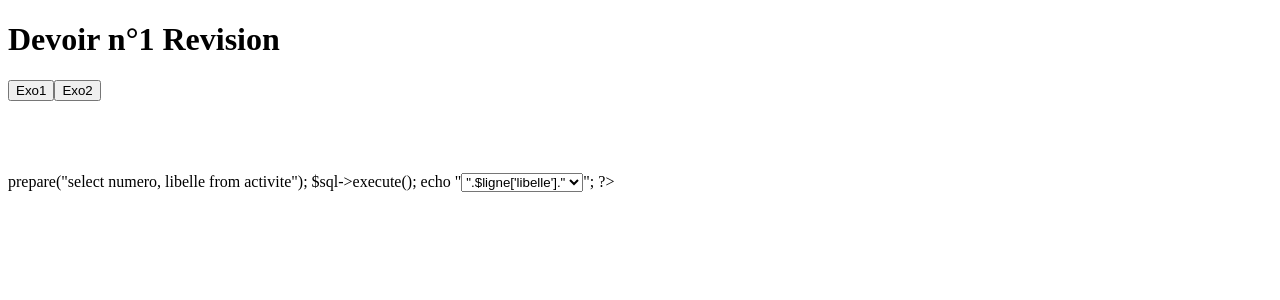
Repository: Chebani/Devoir-n1
Page: index.html
The author's editor kept a copy of each file at every save. The page is drawn from the files as they stood at one save, then again after the next save.
The browser window is 1280 px wide. The pictures show the whole page.
After loading, the first visible `#btnExo1` was clicked once.

Above is the page before, as saved 2018-09-20 16:16:11.

After the next save:
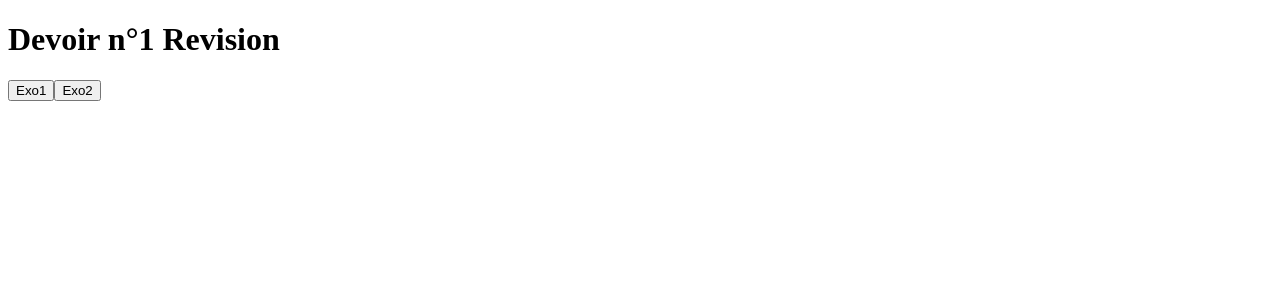
Saved 22 s later.
--- a/JS/fonctions.js
+++ b/JS/fonctions.js
@@ -2,11 +2,11 @@ function Exo1(){
     $.ajax(
         {
             type:"get",
-            url:"PHP/getLesActivites.php",
+            url:"PHP/getLesCategories.php",
             success:function(data)
             {
-                $('#activites').empty();
-                $('#activites').append(data);
+                $('#categories').empty();
+                $('#categories').append(data);
             },
             error:function()
             {
